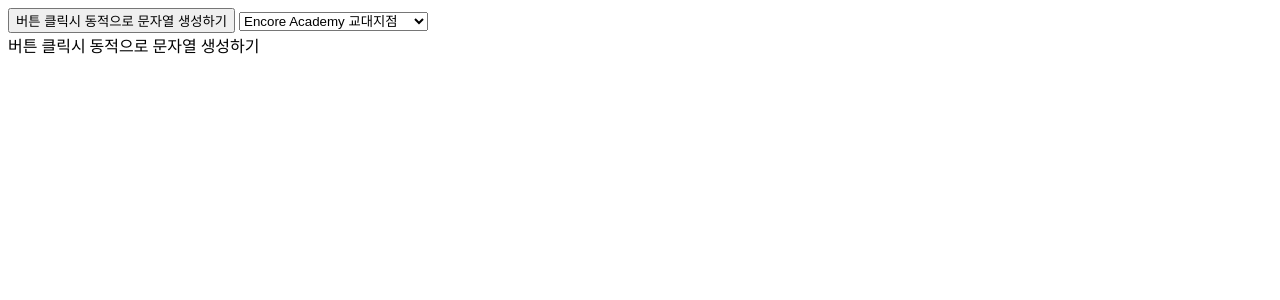
Repository: Migorithm/front_work
Page: front05_JQuery/src/main/webapp/4_form/jq01_select.html
These files come from the project's save history. The page is drawn as it stood at one moment and after the next save; the edit follows.
The browser window is 1280 px wide. The pictures show the whole page.
After loading, the first visible `#createBtn` was clicked once.

Above is the page before, as saved 2021-09-06 06:37:37.

### front05_JQuery/src/main/webapp/4_form/jq01_select.html
<!DOCTYPE html>
<html>
<head>
<meta charset="UTF-8">
<title>Insert title here</title>
<style type="text/css"></style>
</head>

<script src="https://ajax.googleapis.com/ajax/libs/jquery/3.6.0/jquery.min.js"></script>
<script>
	$(function(){
		$("#createBtn").on('click',function(){
			$("#resultView").append($(this).val()+"<p></p>");

		});//click


		});
</script>


<body>
	<input type="button" value="버튼 클릭시 동적으로 문자열 생성하기" id="createBtn">
	<select id="createSel">
		<option>Encore Academy 교대지점</option>
		<option>Encore Academy 서초지점</option>
		<option>Encore Academy 영등포지점</option>
		<option>Encore Academy 판교지점</option>
		<option>Encore Academy 삼성지점</option>
	</select>
	<div id="resultView"></div>
</body>
</html>

After the next save:
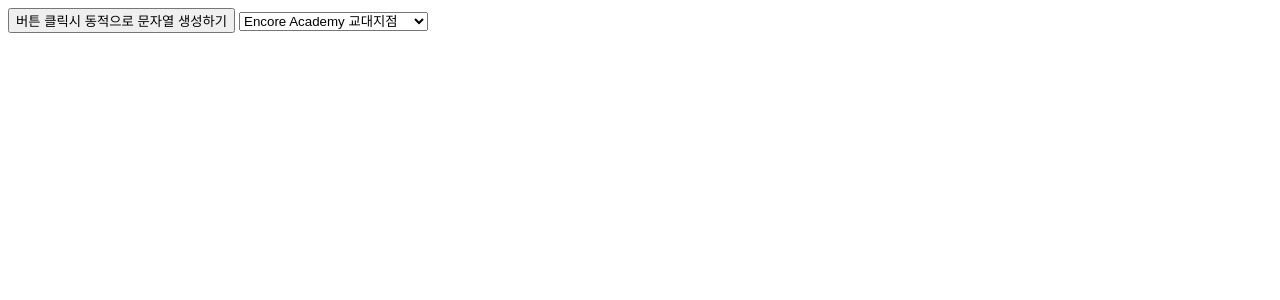
Saved 3 min 9 s later.
--- a/front05_JQuery/src/main/webapp/4_form/jq01_select.html
+++ b/front05_JQuery/src/main/webapp/4_form/jq01_select.html
@@ -10,7 +10,10 @@
 <script>
 	$(function(){
 		$("#createBtn").on('click',function(){
-			$("#resultView").append($(this).val()+"<p></p>");
+			//동적으로 계속 글자 뿌려주기.
+			/* $("#resultView").append($(this).val()+"<p></p>"); */
+			var html_text =  $("#resultView").html()
+			$("#resultView").html($("#resultView").html()+html_text)
 
 		});//click
 

After the 3 saves that followed:
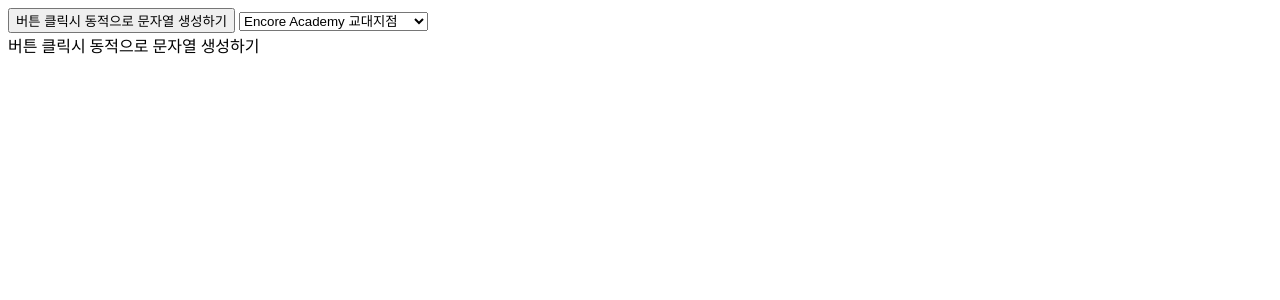
The 3 saves are shown as one change because 2 left the picture as it was.
The last was saved 102 s later.
--- a/front05_JQuery/src/main/webapp/4_form/jq01_select.html
+++ b/front05_JQuery/src/main/webapp/4_form/jq01_select.html
@@ -13,7 +13,7 @@
 			//동적으로 계속 글자 뿌려주기.
 			/* $("#resultView").append($(this).val()+"<p></p>"); */
 			var html_text =  $("#resultView").html()
-			$("#resultView").html($("#resultView").html()+html_text)
+			$("#resultView").html(html_text+$(this).val()+"<p></p>")
 
 		});//click
 
